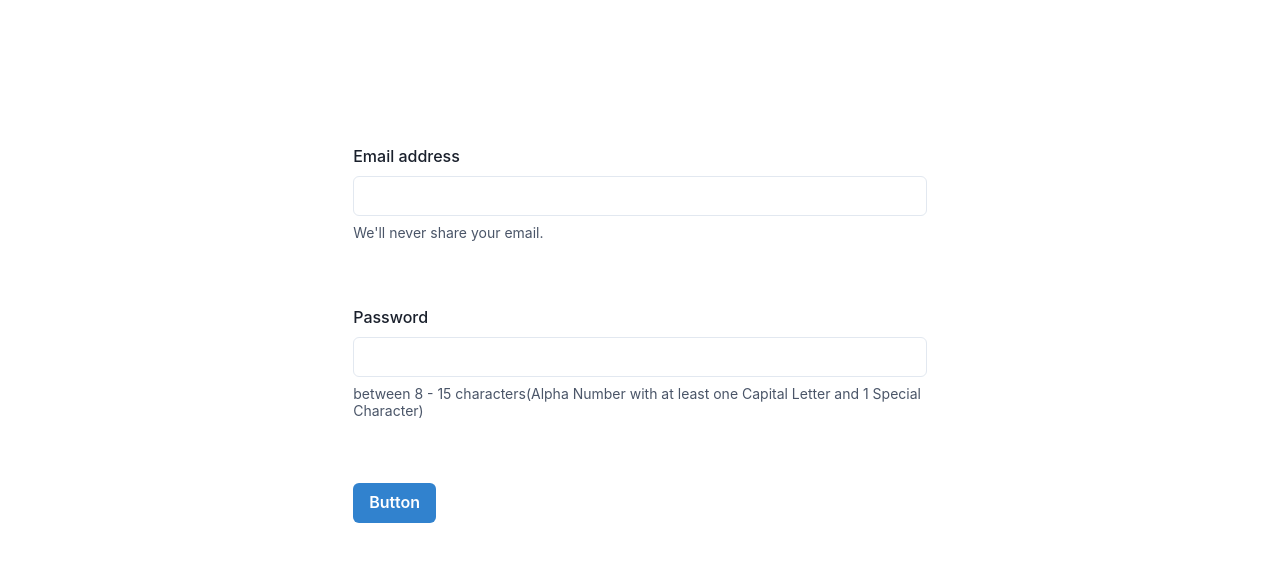
Repository: NeeleshRoy/synechron
Page: /
An editor plug-in stored every save of this project. The page is shown before and after the next save, followed by the edit.
The browser window is 1280 px wide. The pictures show the whole page.
The project was rebuilt for these pictures with package versions that can differ from the ones it lists, and the page was loaded fresh each time.

Above is the page before, as saved 2023-02-04 16:23:20.

After the next save:
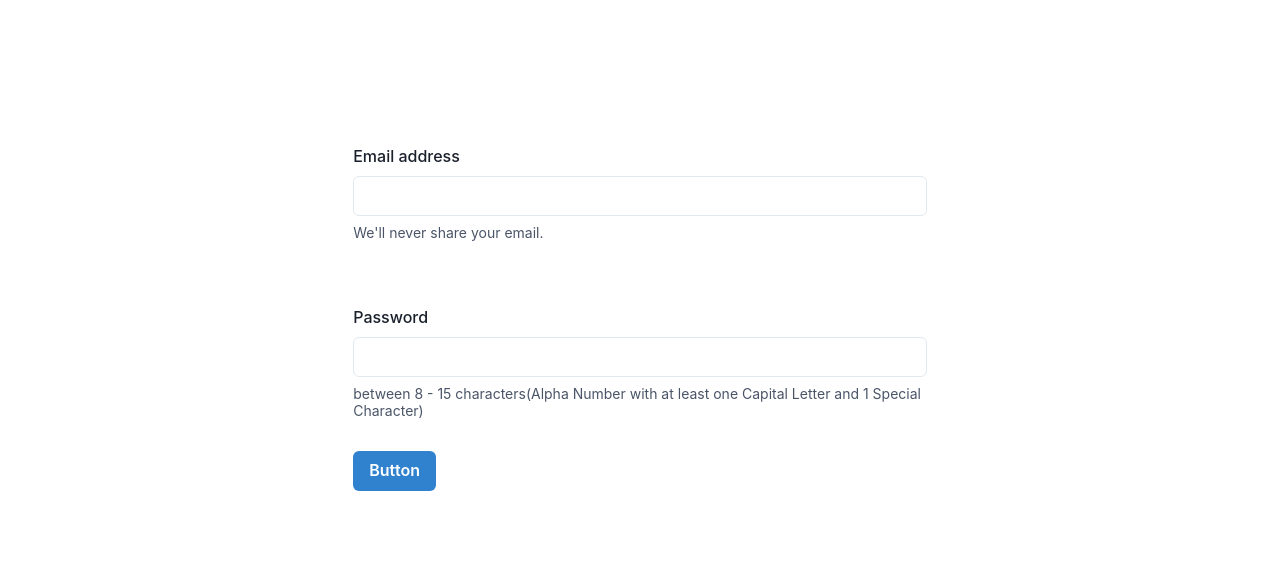
Saved 8 s later.
--- a/src/components/Home.jsx
+++ b/src/components/Home.jsx
@@ -21,7 +21,7 @@ const Home = () => {
             <Input type="password" />
             <FormHelperText>between 8 - 15 characters(Alpha Number with at least one Capital Letter and 1 Special Character)</FormHelperText>
           </FormControl>
-          <Button colorScheme='blue' mt={16}>Button</Button>
+          <Button colorScheme='blue' mt={8}>Button</Button>
     </div>
   );
 };
